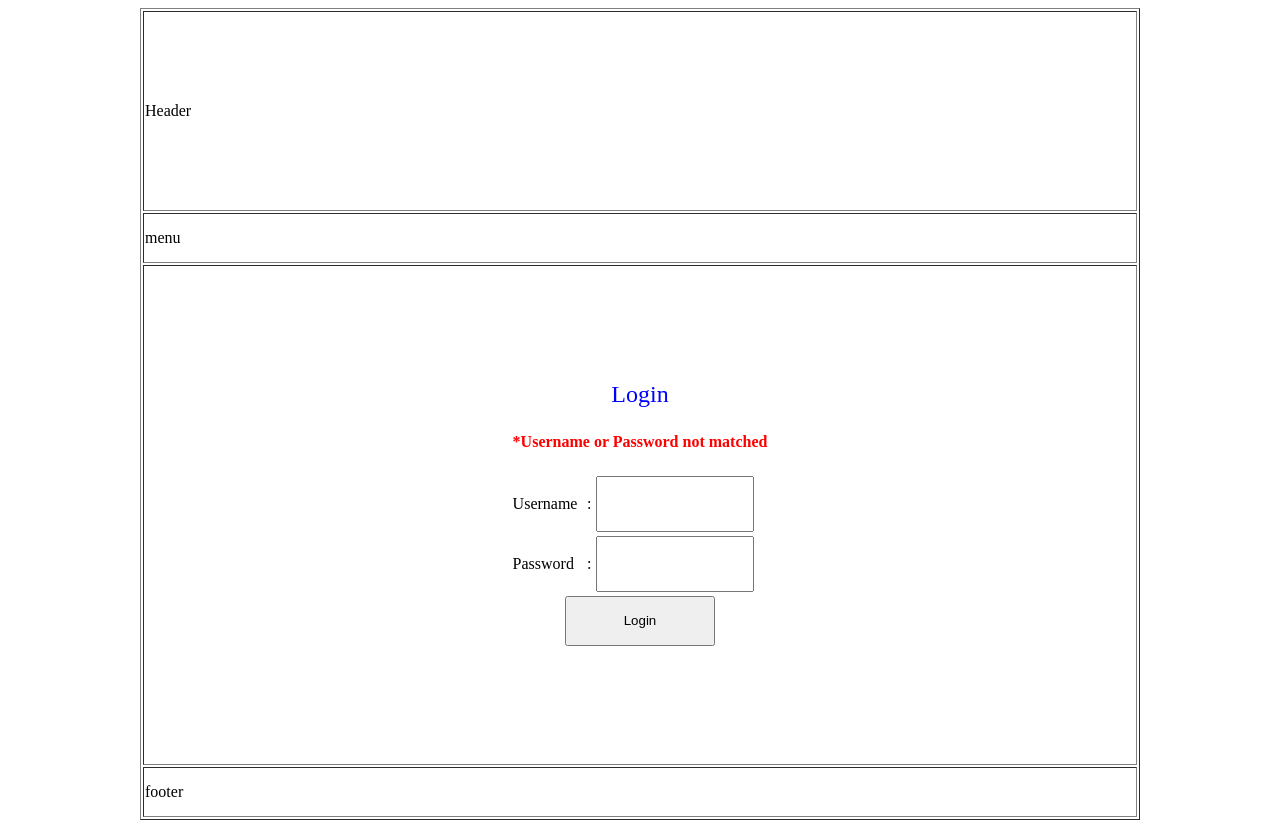
Repository: PraveenRavipati/MyWork
Page: Java/workspaces/office Java WorkScapces/training/LoginProperty/WebContent/LoginErr.html
An editor plug-in stored every save of this project. The page is shown before and after the next save, followed by the edit.
The browser window is 1280 px wide. The pictures show the whole page.

Above is the page before, as saved 2014-06-05 05:35:02.

### Java/workspaces/office Java WorkScapces/training/LoginProperty/WebContent/LoginErr.html
<!DOCTYPE html PUBLIC "-//W3C//DTD HTML 4.01 Transitional//EN" "http://www.w3.org/TR/html4/loose.dtd">
<html>
<head>
<meta http-equiv="Content-Type" content="text/html; charset=UTF-8">
<title>Insert title here</title>
<link href="style2.css" rel="stylesheet" type="text/css"></link>
</head>
<body>
    <table border="1" width="1000" align="center">
        <tr height="200">
            <td>Header</td>
        </tr>
        <tr height="50">
            <td>menu</td>
        </tr>
        <tr height="500">
            <td>
            <form action="./Login" method="get">
            <table align="center">
            <caption id="caption">Login</caption>
                <tr>
                <td colspan="3"><h4 id="notMatch">*Username or Password not matched</h4></td>
                </tr>
                <tr>
                    <td>Username</td>
                    <td>:</td>
                    <td><input type="text" name="uname"></td>
                </tr>
                <tr>
                    <td>Password</td>
                    <td>:</td>
                    <td><input type="password" name="pwd"></td>
                </tr>
                <tr>
                    <td colspan="3" align="center"><input type="submit" value="Login"></td>
                </tr>
                </table>
                </form>
                </td>
        </tr>
        <tr height="50">
            <td>footer</td>
        </tr>
    </table>
</body>
</html>

### Java/workspaces/office Java WorkScapces/training/LoginProperty/WebContent/style2.css
#caption{
	font: oblique;
	font-size: x-large;
	color: blue;
}
#notMatch{
	font-family: serif;
	font: small-caps;
	color: red;
}
input {
	width: 150px;
	height: 50px;
}

After the next save:
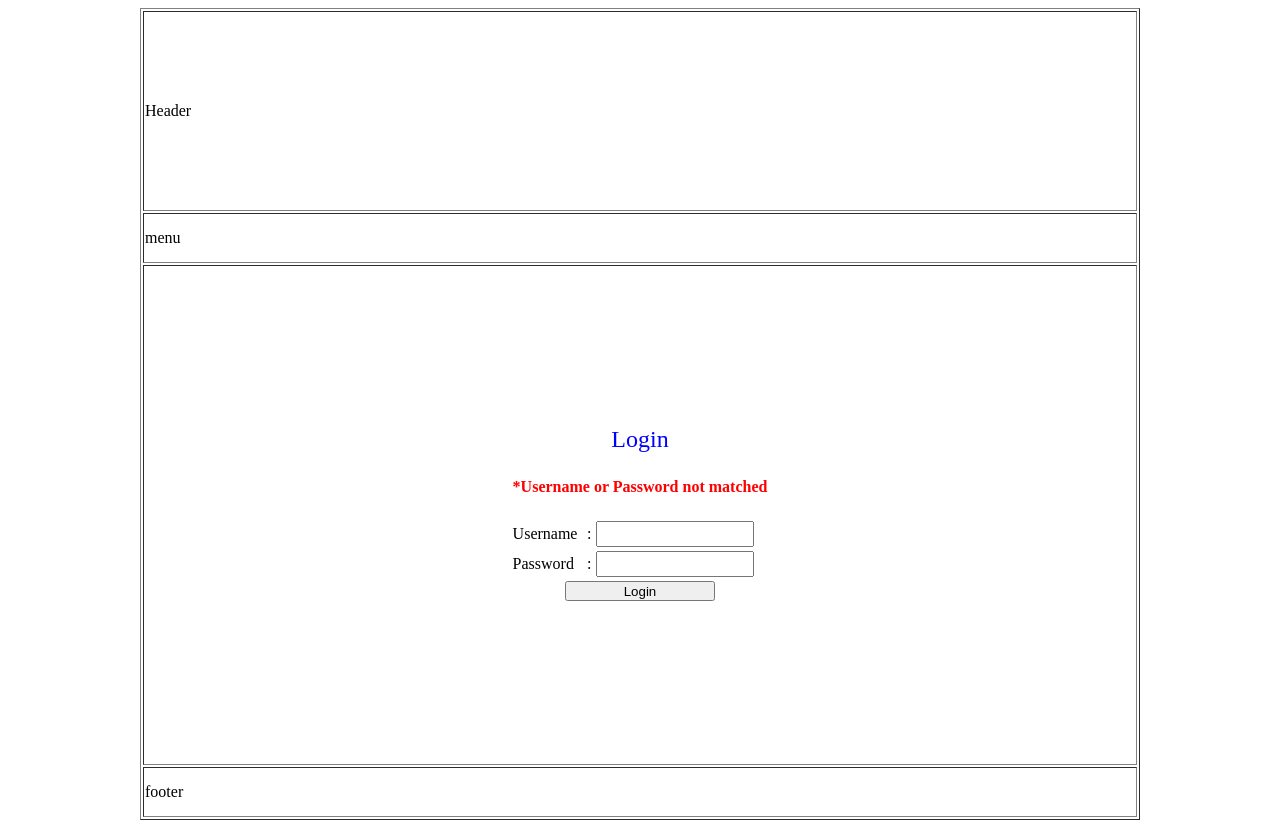
Saved 7 s later.
--- a/Java/workspaces/office Java WorkScapces/training/LoginProperty/WebContent/style2.css
+++ b/Java/workspaces/office Java WorkScapces/training/LoginProperty/WebContent/style2.css
@@ -10,5 +10,5 @@
 }
 input {
 	width: 150px;
-	height: 50px;
+	height: 20px;
 }
